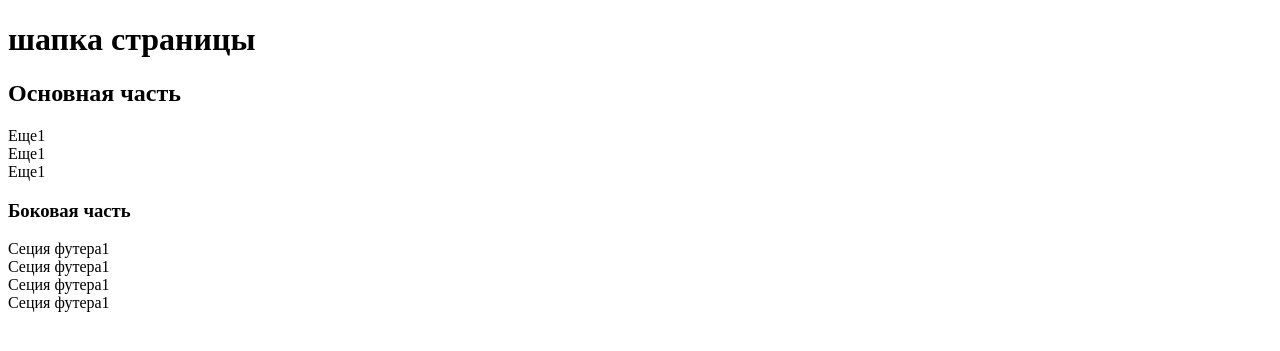
Repository: IrinaGetmanenko/week5
Page: week5/index.html
An editor plug-in stored every save of this project. The page is shown before and after the next save, followed by the edit.
The browser window is 1280 px wide. The pictures show the whole page.

Above is the page before, as saved 2022-08-27 13:57:41.

### week5/index.html
<!DOCTYPE html>
<html lang="en">
<head>
    <meta charset="UTF-8">
    <meta http-equiv="X-UA-Compatible" content="IE=edge">
    <meta name="viewport" content="width=device-width, initial-scale=1.0">
    <title>Document</title>
    <style>
        h1{

        }
    </style>
</head>
<body>
    <header>
        <h1>шапка страницы</h1>
    </header>

    <main>
        <h2>Основная часть</h2>
        <div>Еще1</div>
        <div>Еще1</div>
        <div>Еще1</div>
    </main>

    <aside>
        <h3>Боковая часть</h3>
    </aside>

    <footer>
        <div>Сеция футера1</div>
        <div>Сеция футера1</div>
        <div>Сеция футера1</div>
        <div>Сеция футера1</div>
    </footer>


</body>
</html>

After the next save:
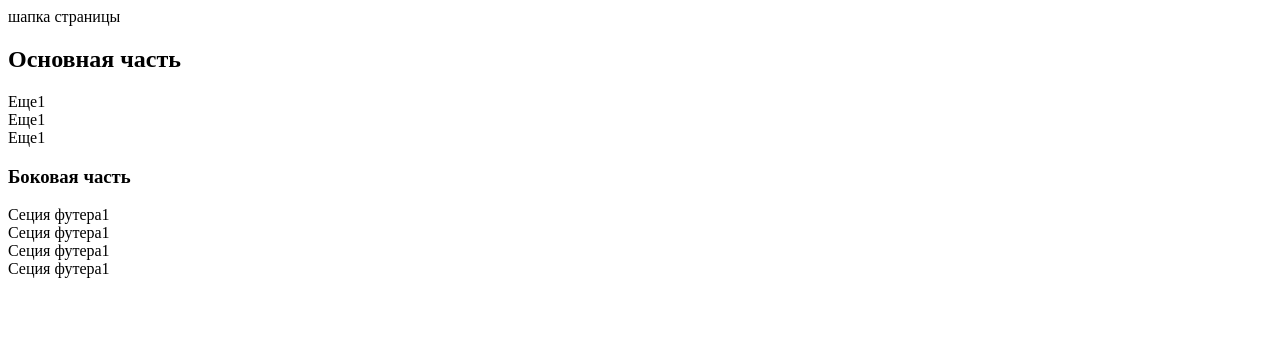
Saved 15 min 29 s later.
--- a/week5/index.html
+++ b/week5/index.html
@@ -13,7 +13,7 @@
 </head>
 <body>
     <header>
-        <h1>шапка страницы</h1>
+        <div class="h1"<h1>шапка страницы</h1></div>
     </header>
 
     <main>

After the save that followed:
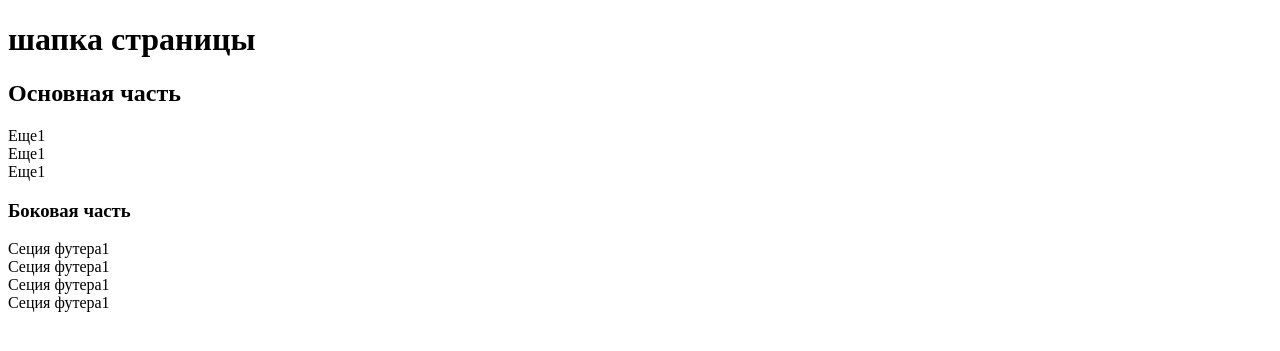
Saved 72 s later.
--- a/week5/index.html
+++ b/week5/index.html
@@ -6,14 +6,15 @@
     <meta name="viewport" content="width=device-width, initial-scale=1.0">
     <title>Document</title>
     <style>
-        h1{
+        .h1{
 
         }
     </style>
 </head>
 <body>
     <header>
-        <div class="h1"<h1>шапка страницы</h1></div>
+        <div class="h1">
+            <h1>шапка страницы</h1>
     </header>
 
     <main>
